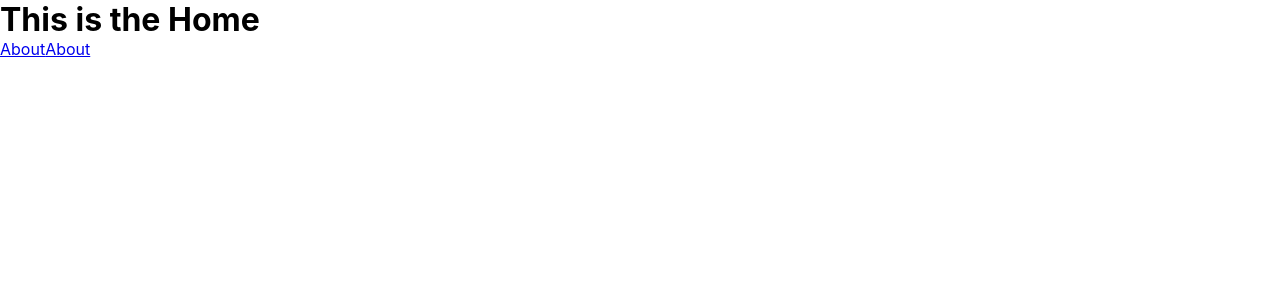
Repository: exiled-kal/google.com
Page: /
An editor plug-in stored every save of this project. The page is shown before and after the next save, followed by the edit.
The browser window is 1280 px wide. The pictures show the whole page.
The project was rebuilt for these pictures with package versions that can differ from the ones it lists, and the page was loaded fresh each time. Also part of the build but not shown: src/App.css, src/pages/Home.css.

Above is the page before, as saved 2020-08-22 22:03:57.

After the next save:
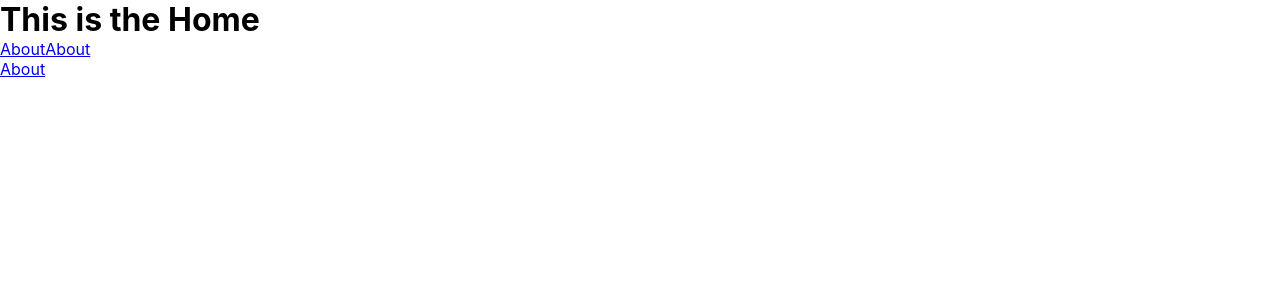
Saved 6 s later.
--- a/src/pages/Home.js
+++ b/src/pages/Home.js
@@ -13,7 +13,7 @@
           {/* Link */}
         </div>
         <div className="home__headerRight">
-          {/* Link */}
+        <Link to="about">About</Link>
           {/* Link */}
           {/* Icon */}
           {/* Avatar */}
